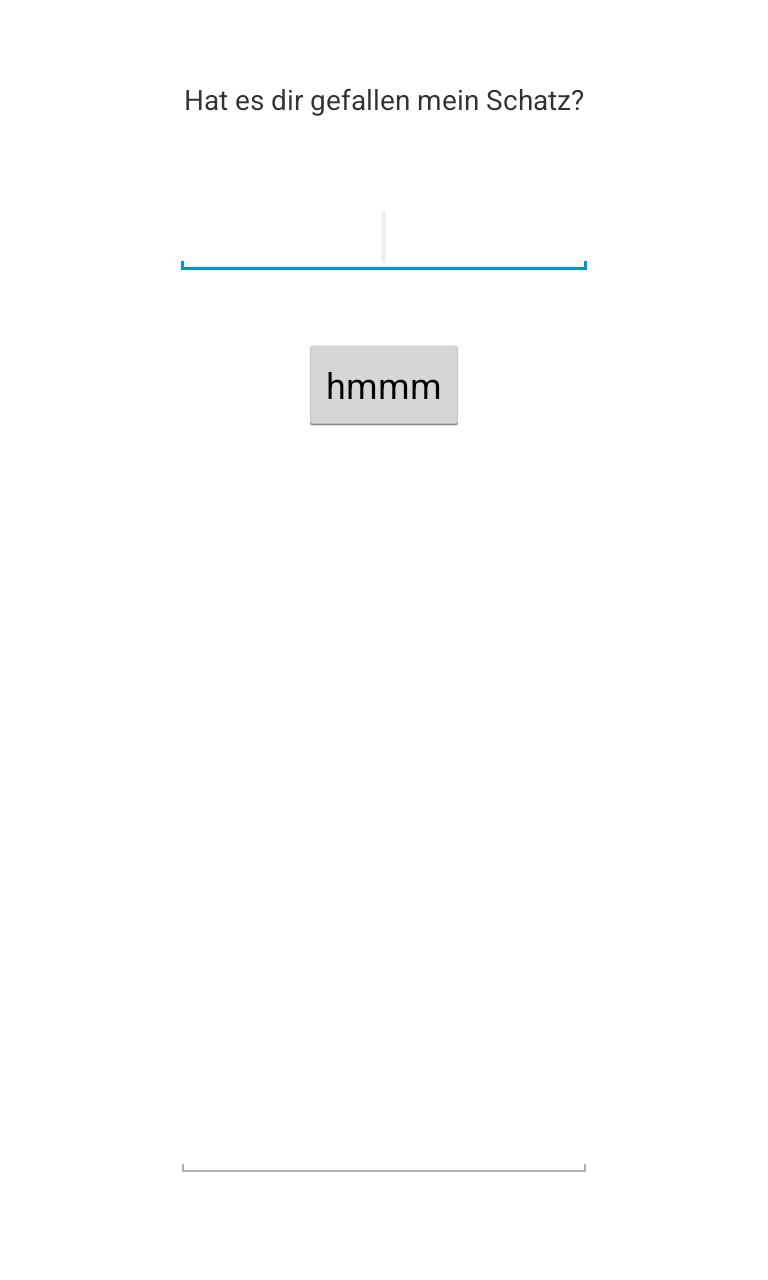
Repository: flashback2k12/ChristmasPresent
Layout: ChristmasPresent/res/layout/activity_expanded_stuff.xml
These files come from the project's save history. The layout is drawn as it stood at one moment and after the next save; the edit follows.
It is drawn on a 768 x 1280 px phone screen (xhdpi) without system bars, with theme AppTheme; the app's code is not run.

Above is the layout before, as saved 2012-12-19 18:51:03.

### ChristmasPresent/res/layout/activity_expanded_stuff.xml
<?xml version="1.0" encoding="utf-8"?>
<LinearLayout xmlns:android="http://schemas.android.com/apk/res/android"
    android:layout_width="match_parent"
    android:layout_height="fill_parent"
    android:orientation="vertical" >

    <RelativeLayout
        android:layout_width="fill_parent"
        android:layout_height="fill_parent" >

        <TextView
            android:id="@+id/textView1"
            android:layout_width="wrap_content"
            android:layout_height="wrap_content"
            android:layout_alignParentTop="true"
            android:layout_centerHorizontal="true"
            android:layout_marginLeft="30dp"
            android:layout_marginRight="30dp"
            android:layout_marginTop="40dp"
            android:text="@string/expanded_one" />

        <EditText
            android:id="@+id/etAntwortSchatz"
            android:layout_width="wrap_content"
            android:layout_height="wrap_content"
            android:layout_below="@+id/textView1"
            android:layout_centerHorizontal="true"
            android:layout_marginTop="40dp"
            android:ems="10"
            android:gravity="center" >

            <requestFocus />
        </EditText>

        <Button
            android:id="@+id/button1EXS"
            android:layout_width="wrap_content"
            android:layout_height="wrap_content"
            android:layout_below="@+id/etAntwortSchatz"
            android:layout_centerHorizontal="true"
            android:layout_marginTop="30dp"
            android:text="@string/button_answer"
            android:onClick="BtnAntwort"/>

        <EditText
            android:id="@+id/etAntwort"
            android:layout_width="wrap_content"
            android:layout_height="fill_parent"
            android:layout_below="@+id/button1EXS"
            android:layout_centerHorizontal="true"
            android:layout_marginBottom="50dp"
            android:layout_marginTop="30dp"
            android:clickable="false"
            android:editable="false"
            android:ems="10"
            android:gravity="center" />

    </RelativeLayout>

</LinearLayout>

### ChristmasPresent/res/values-v11/styles.xml
<resources>

	<style  name="AppTheme" parent="android:Theme.Holo.Light" />

</resources>

### ChristmasPresent/res/values/styles.xml
<resources xmlns:android="http://schemas.android.com/apk/res/android">

    <style name="AppTheme" parent="android:Theme.Light" />

    <style name="WidgetBackground_4_1">
        <item name="android:background">@drawable/widget_4_1</item>
    </style>

<style name="WidgetTitle">
        <item name="android:textSize">10sp</item>
        <item name="android:textStyle">bold</item>
        <item name="android:textColor">@android:color/white</item>
    </style>

    <style name="WidgetText">
        <item name="android:textSize">10sp</item>
        <item name="android:textColor">@android:color/white</item>
    </style>
    <style name="AppTheme" parent="android:Theme.Black" />

</resources>

### ChristmasPresent/res/values/strings.xml
<?xml version="1.0" encoding="utf-8"?>
<resources>

    <string name="app_name">Weihnachtsgeschenk</string>
    <string name="title_activity_main">Weihnachtsgeschenk</string><string name="hello_schatz_z1">Ich wünsche dir alles liebe zum Weihnachtsfest mein Schatz. :-* </string>
    <string name="hello_schatz_z2">Ich hoffe, dass dir die nächsten Punkte gefallen werden!!! :-)</string>
    <string name="button_standard">drück mich!</string>
    <string name="fuelltext">Spannung...</string>
    <string name="checkbox1">Gutschein 01</string>
    <string name="checkbox2">Gutschein 02</string>
    <string name="checkbox3">Gutschein 03</string>
    <string name="checkbox4">Gutschein 04</string>
    <string name="checkbox5">Gutschein 05</string>
    <string name="checkbox6">Gutschein 06</string><string name="checkbox7">Gutschein 07</string><string name="checkbox8">Gutschein 08</string><string name="checkbox9">Gutschein 09</string><string name="checkbox10">Gutschein 10</string><string name="gutschein1">Ein Gutschein für einen Kinobesuch deiner Wahl!</string>
    <string name="gutschein2">Ein Gutschein zum Essen gehen deiner Wahl!</string>
    <string name="gutschein3">Ein Gutschein für eine Massage deiner Wahl!</string>
    <string name="gutschein4">Ein Gutschein für ein Candlelight Dinner!</string>
    <string name="gutschein5">Ein Gutschein für 4 Knutsch-Fotos im Passbildautomat (Ecke Löffelfamilie)!</string>
    <string name="gutschein6">Ein Gutschein für einen DVD Marathon deiner Wahl mit Leckereien! </string>
    <string name="gutschein7">Ein Gutschein für die Erfüllung eines Wunsches von dir!</string>
    <string name="gutschein8">Ein Gutschein für ein Picknick!</string>
    <string name="gutschein9">Ein Gutschein deiner Wahl wiederholen!</string>
    <string name="christmas">Frohe Weihnachten mein Schatz!</string>
    <string name="i_love_you">Ich liebe Dich!</string>
    <string name="app_widget_4_1_christmas">Frohe Weihnachten</string>
    <string name="i_love_you_2">Ich liebe Dich mein Schatz! :-***</string>
    <string name="miss_you">Du fehlst mir jeden Tag an dem wir uns nicht sehen!</string>
    <string name="app_widget_4_1_allYear">Kussi</string>
    <string name="expanded_one">Hat es dir gefallen mein Schatz?</string>
    <string name="button_answer">hmmm</string>

</resources>

Loaded but not shown: ChristmasPresent/res/values-v14/styles.xml (common file)

After the next save:
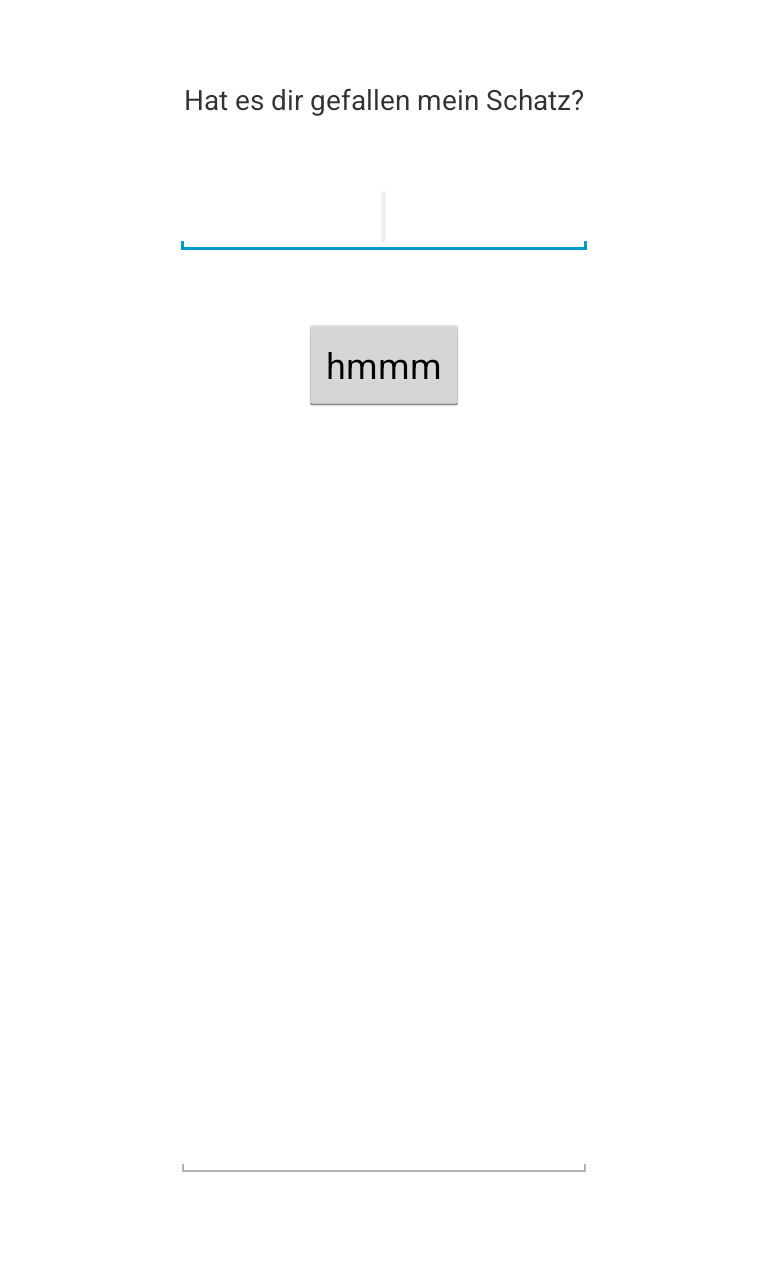
Saved 29 s later.
--- a/ChristmasPresent/res/layout/activity_expanded_stuff.xml
+++ b/ChristmasPresent/res/layout/activity_expanded_stuff.xml
@@ -25,7 +25,7 @@
             android:layout_height="wrap_content"
             android:layout_below="@+id/textView1"
             android:layout_centerHorizontal="true"
-            android:layout_marginTop="40dp"
+            android:layout_marginTop="30dp"
             android:ems="10"
             android:gravity="center" >
 
